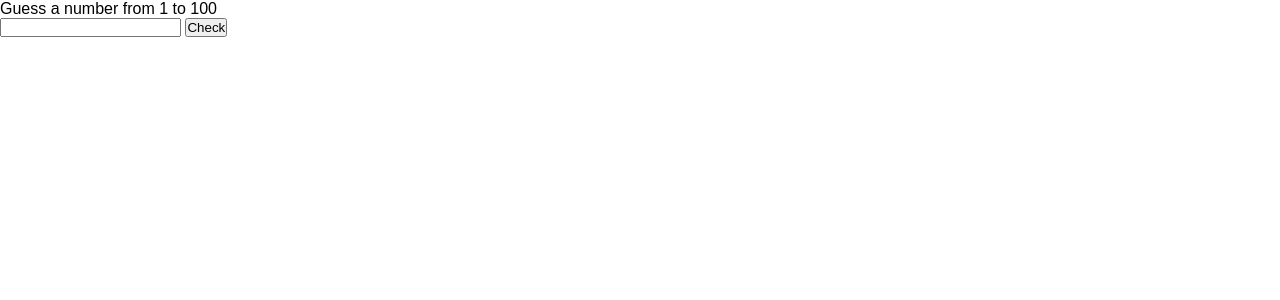
Repository: Ankitkr2021/Guess_Game
Page: index.html
These files come from the project's save history. The page is drawn as it stood at one moment and after the next save; the edit follows.
The browser window is 1280 px wide. The pictures show the whole page.

Above is the page before, as saved 2025-09-30 17:11:34.

After the next save:
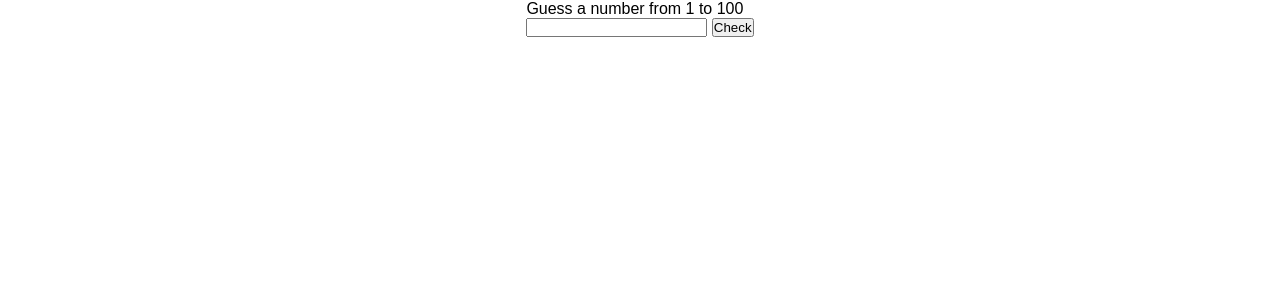
Saved 21 s later.
--- a/style.css
+++ b/style.css
@@ -7,3 +7,9 @@
     box-sizing: border-box;
     font-family: 'Poppins',sans-serif;
 }
+
+body{
+    display: flex;
+    justify-content: center;
+    align-items: center;
+}
